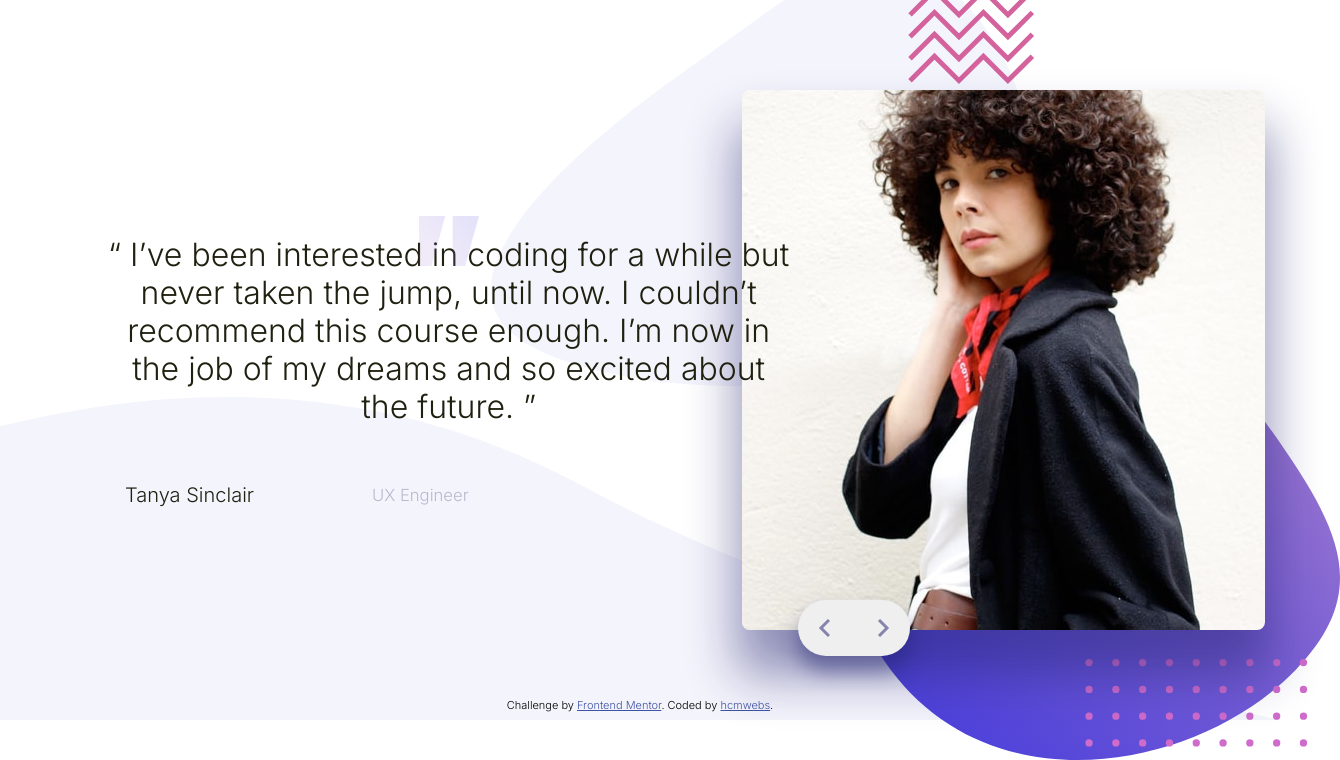
Repository: Hcmwebs/Coding-Bootcamp-Testimonials
Page: index.html
The author's editor kept a copy of each file at every save. The page is drawn from the files as they stood at one save, then again after the next save.
The browser window is 1280 px wide. The page is 1340 px wide, so the pictures cover 1340 px, including what lies to the right of the window. The pictures show the whole page.
The style sheet was rebuilt from its Sass, Less or Tailwind sources for each picture, by a compiler version that may differ from the author's.

Above is the page before, as saved 2020-11-01 07:54:18.

After the next save:
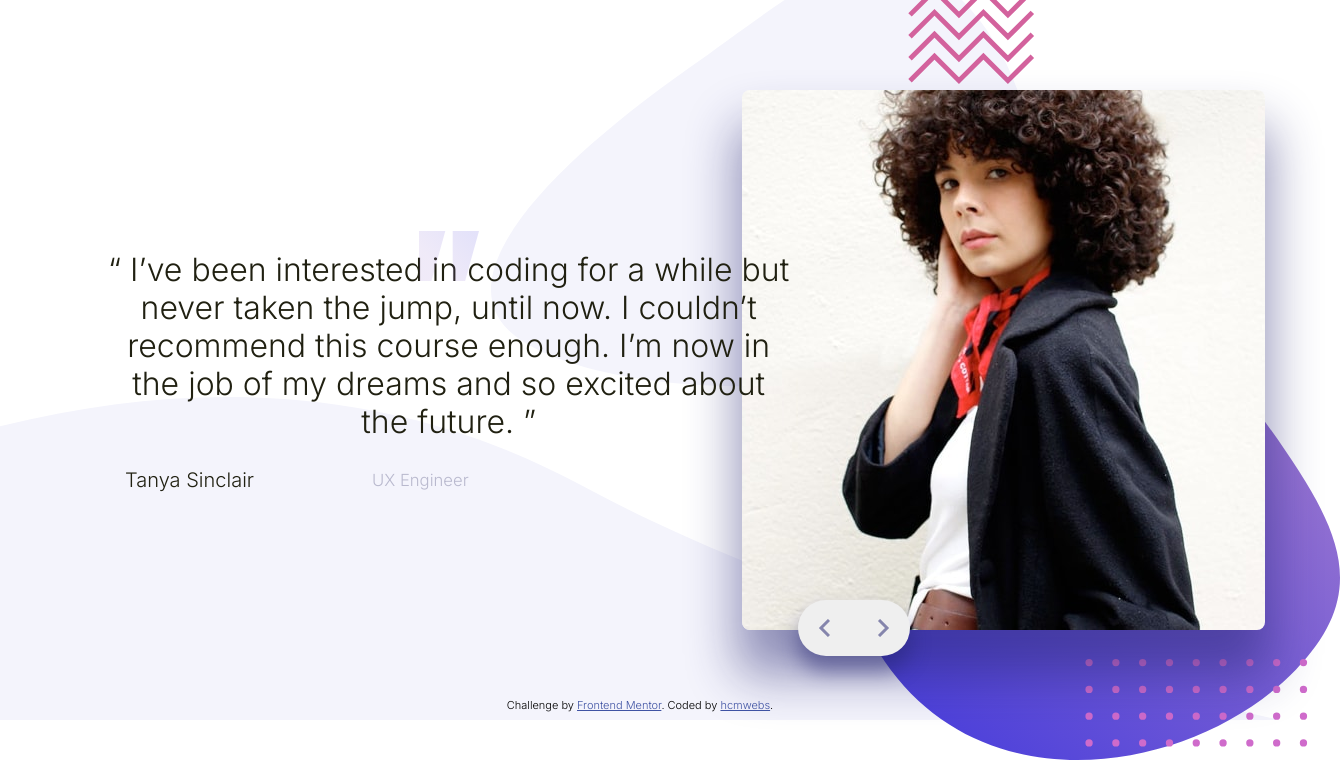
Saved 18 s later.
--- a/scss/main.scss
+++ b/scss/main.scss
@@ -120,7 +120,6 @@ body{
       font-size: 18px;
       font-weight: 300;
       text-align: center;
-      margin-bottom: 30px;
       color:$primaryColor;
     }
 
